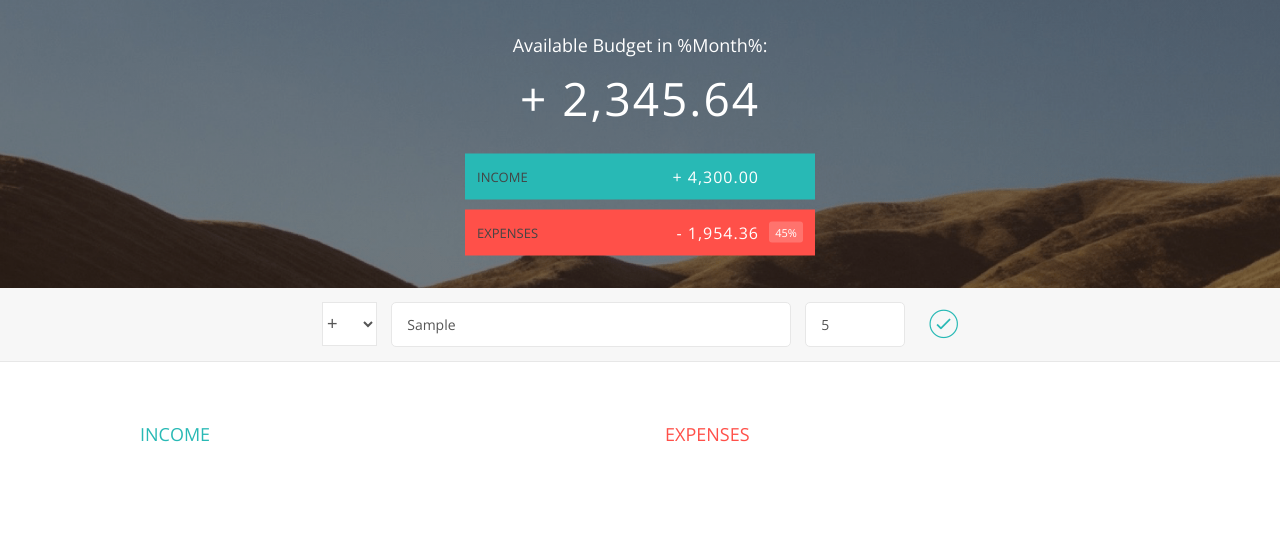
Repository: Nuriddinkhuja/budget-app
Page: index.html
These files come from the project's save history. The page is drawn as it stood at one moment and after the next save; the edit follows.
The browser window is 1280 px wide. The pictures show the whole page.
Empty fields were first filled with sample values (such as "Sample", 5 or name@example.com).
After loading, the first visible `button.add__btn` was clicked once.

Above is the page before, as saved 2019-12-11 18:37:50.
Console error: TypeError: Cannot read properties of undefined (reading 'DOMstrings')

After the next save:
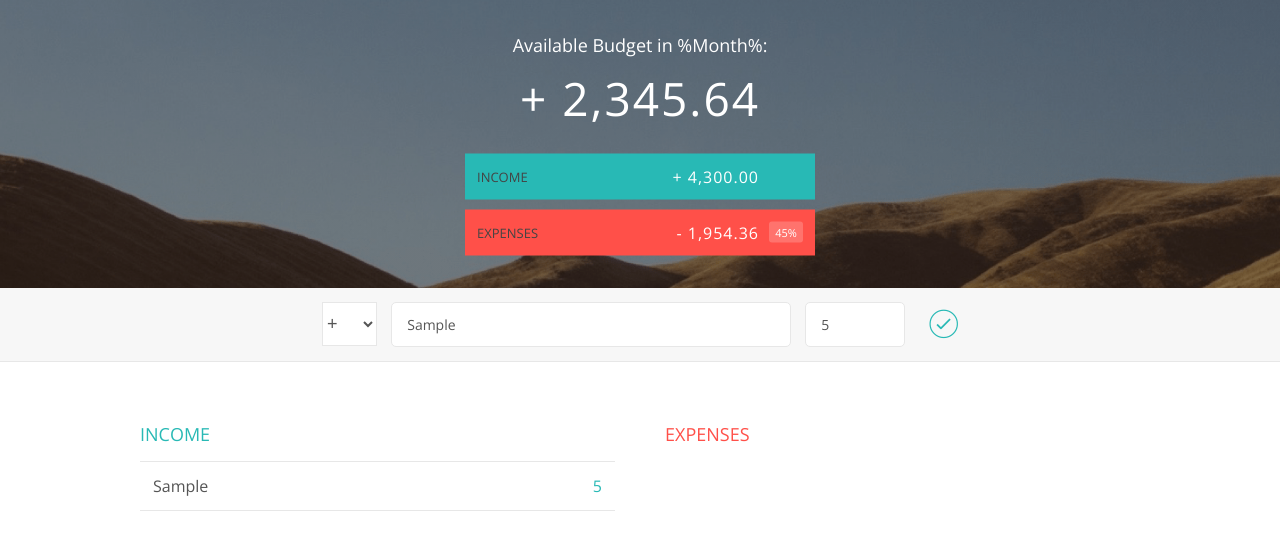
The error is gone.
Saved 2 min 8 s later.
--- a/app.js
+++ b/app.js
@@ -89,11 +89,11 @@ var UIController = (function(){
             if(type === 'inc'){
                 console.log('works');
 
-                element.DOMstrings.incomeContainer;
+                element = DOMstrings.incomeContainer;
 
                 html = '<div class="item clearfix" id="income-%id%"><div class="item__description">%description%</div><div class="right clearfix"><div class="item__value">%value%</div><div class="item__delete"><button class="item__delete--btn"><i class="ion-ios-close-outline"></i></button></div></div></div>'
             }else if(type === 'exp'){
-            element.DOMstrings.expensesContainer
+            element = DOMstrings.expensesContainer
 
                 html = `<div class="item clearfix" id="expense-%id%">
                     <div class="item__description">%description%</div>
